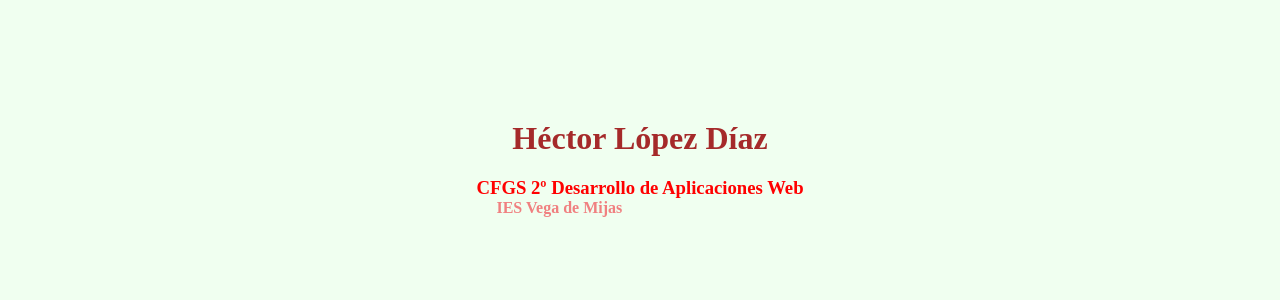
Repository: Ibizus/ejercicios_JSP
Page: http://localhost/ejercicios_Hector/ejercicio1/index.jsp
These files come from the project's save history. The page is drawn as it stood at one moment and after the next save; the edit follows.
The browser window is 1280 px wide. The pictures show the whole page.
The page is served by Tomcat 9.

Above is the page before, as saved 2023-11-16 19:32:22.

After the next save:
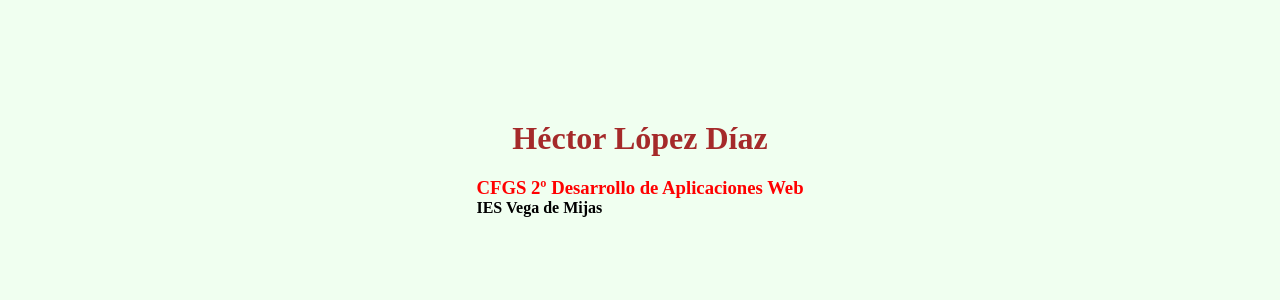
Saved 52 s later.
--- a/ejercicios_Hector/src/main/webapp/ejercicio1/index.jsp
+++ b/ejercicios_Hector/src/main/webapp/ejercicio1/index.jsp
@@ -11,7 +11,7 @@
 	<div>
 		<h1>Héctor López Díaz</h1>
 		<h3>CFGS 2º Desarrollo de Aplicaciones Web</h3>
-		<h4><a>IES Vega de Mijas</a></h4>
+		<h4>IES Vega de Mijas</h4>
 	</div>
 
 </body>
